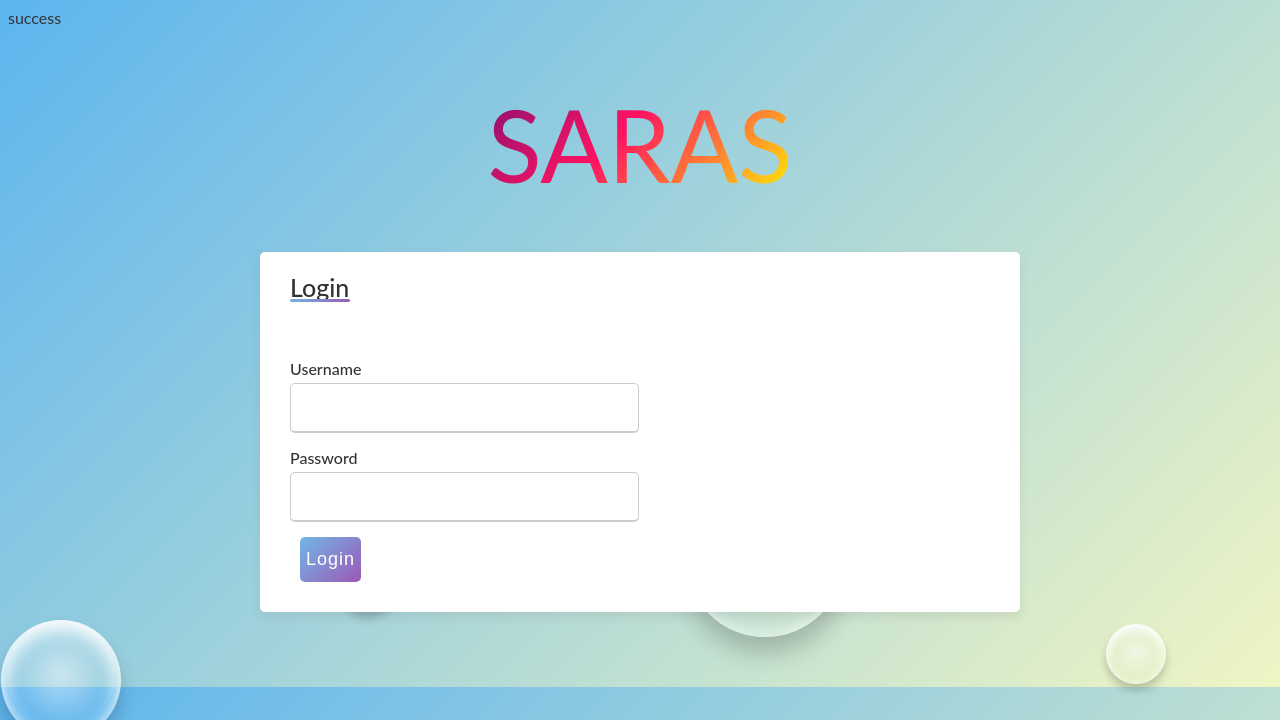
Repository: Muskan-Varma/InnoHeart
Page: http://localhost/pages/login.php
An editor plug-in stored every save of this project. The page is shown before and after the next save, followed by the edit.
The browser window is 1280 px wide. The pictures show the whole page.
The page is run by PHP 8.4 with error messages shown; the project is at /var/www/html/.

Above is the page before, as saved 2024-09-21 16:26:13.

After the next save:
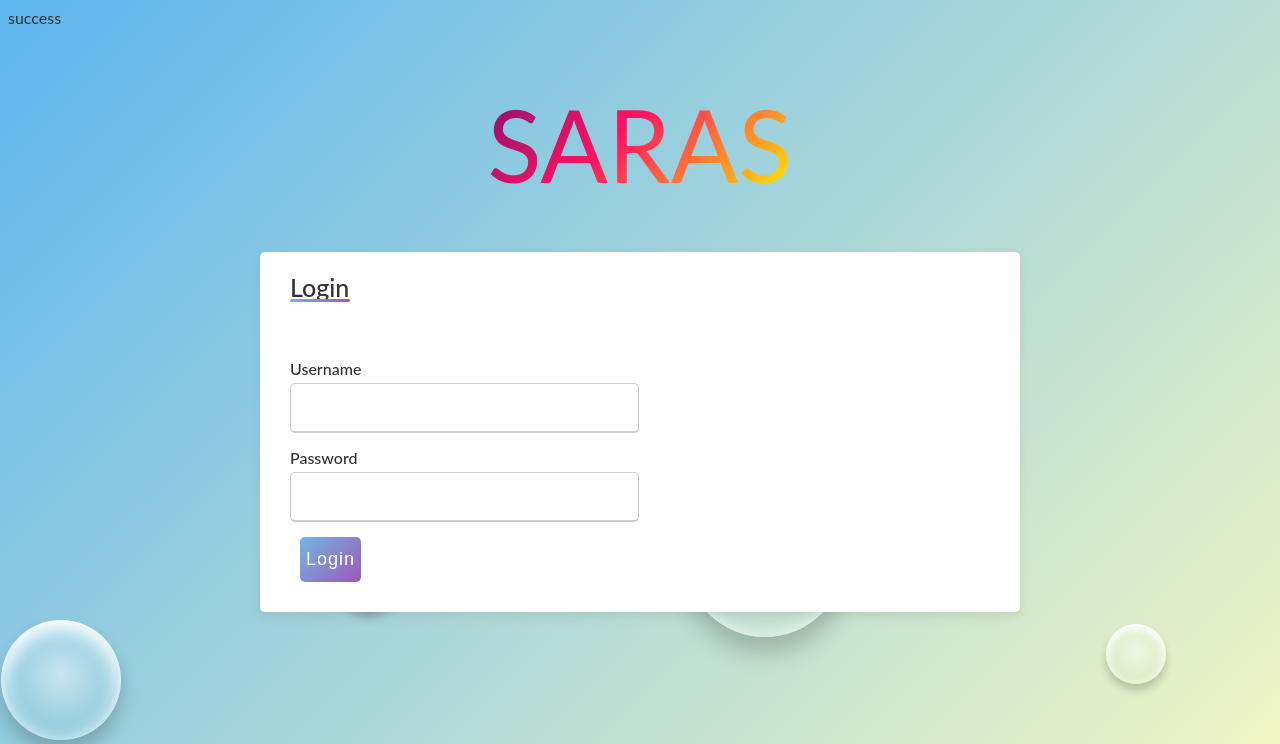
Saved 14 s later.
--- a/pages/login.php
+++ b/pages/login.php
@@ -113,6 +113,6 @@ if ($_SERVER["REQUEST_METHOD"] == "POST") {
             </div>
         </div>
     </form>
-    <br><br><br>
+    <br><br><br><br><br><br>
 </body>
 </html>
